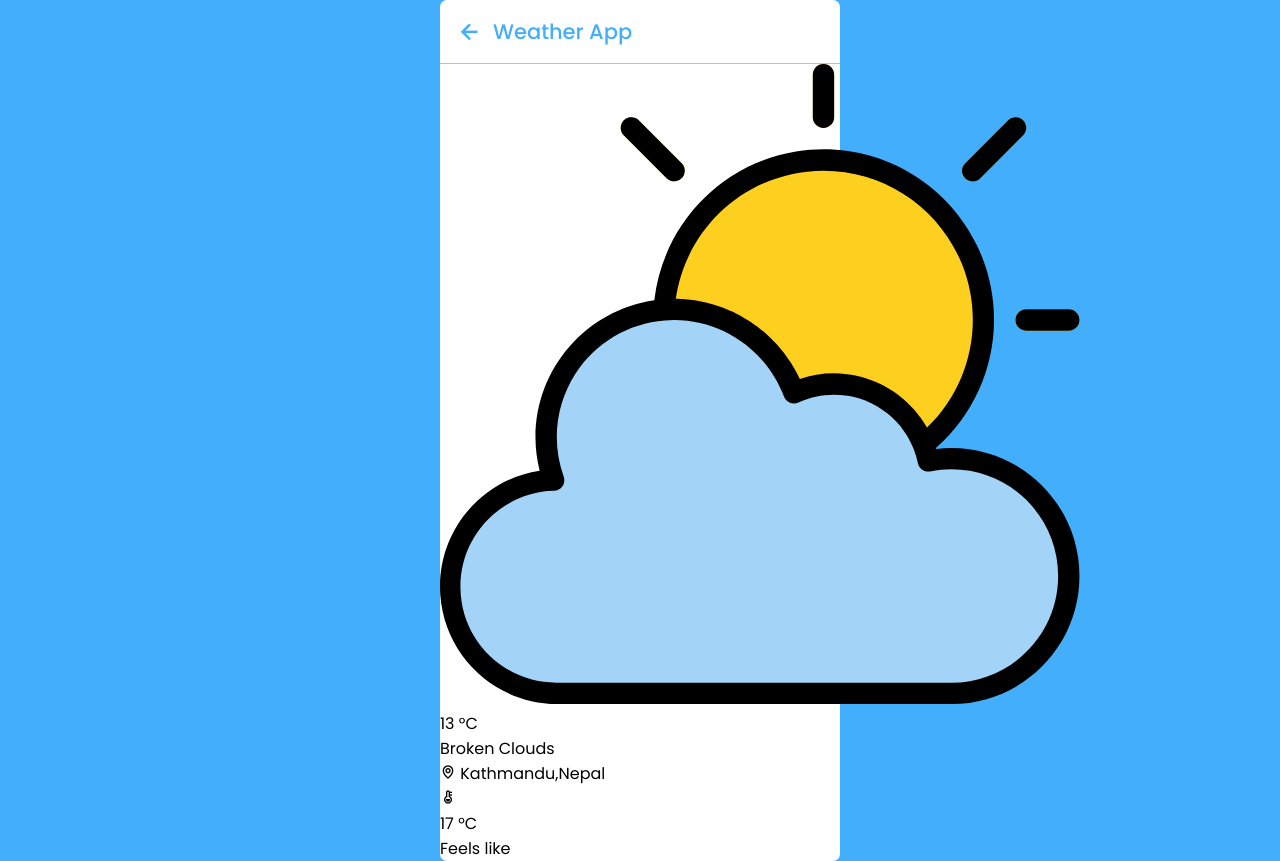
Repository: long13820/Weather-App-HTML-CSS-Javascript
Page: index.html
The author's editor kept a copy of each file at every save. The page is drawn from the files as they stood at one save, then again after a run of saves.
The browser window is 1280 px wide. The pictures show the whole page.

Above is the page before, as saved 2021-09-02 10:32:32.

### index.html
<!DOCTYPE html>
<html lang="en">
<head>
    <meta charset="UTF-8">
    <meta http-equiv="X-UA-Compatible" content="IE=edge">
    <meta name="viewport" content="width=device-width, initial-scale=1.0">
    <title>Weather App</title>
    <link rel="stylesheet" href="style.css">

    <!--Linking Boxicon For Icon-->
    <link rel="stylesheet" href='https://unpkg.com/boxicons@2.0.9/css/boxicons.min.css' >


</head>
<body>
    <div class="wrapper">
        <header>
            <i class="bx bx-left-arrow-alt"></i>
            Weather App
        </header>
        <section class="input-part">
            <p class="info-txt pending">Please enter a valid city name</p>
            <input type="text" placeholder="Enter city name" spellcheck="false" required>
            <div class="separator"></div>
            <button>Get Device Location</button>
        </section>
        <section class="weather-part">
            <img src="/Weather Icons/cloud.svg" alt="Weather Icon">
            <div class="temp">
                <span class="numb">13</span>
                <span class="deg">°</span>C
            </div>
            <div class="weather">Broken Clouds</div>
            <div class="location">
                <i class="bx bx-map"></i>
                <span>Kathmandu,Nepal</span>
            </div>
            <div class="bottom-details">
                <div class="column feels">
                    <i class="bx bxs-thermometer"></i>
                    <div class="details">
                        <div class="temp">
                            <span class="numb">17</span>
                            <span class="deg">°</span>C
                        </div>
                        <p>Feels like</p>
                    </div>
                </div>
            </div>
        </section>
    </div>
</body>
</html>

### style.css
/*Import Google Font - Poppins*/
@import url('https://fonts.googleapis.com/css2?family=Poppins:wght@400;500;600;700&display=swap');
*{
    margin: 0;
    padding: 0;
    box-sizing: border-box;
    font-family: 'Poppins', sans-serif;
}
body{
    display: flex;
    align-items: center;
    justify-content: center;
    min-height: 100vh;
    background: #43AFFC;
}
.wrapper{
    width: 400px;
    border-radius: 7px;
    background: white;
}
.wrapper header{
    color: #43AFFC;
    font-size: 21px;
    font-weight: 500;
    padding: 16px 15px;
    display: flex;
    align-items: center;
    border-bottom: 1px solid #bfbfbf;

}
header i{
    cursor: pointer;
    font-size: 30px;
    margin-right: 8px;
}
.wrapper .input-part{
    display: none;
    margin: 20px 25px 30px;
}
.input-part .info-txt{
    display: none;
    font-size: 17px;
    text-align: center;
    padding: 12px 7px;
    border-radius: 7px;
    margin-bottom: 15px;
}
.info-txt.error{
    display: block;
    color: #721c24;
    background: #f8d7da;
    border: 1px solid #f5c6cb;
}
.info-txt.pending{
    display: block;
    color: #0c5460;
    background: #d1ecf1;
    border: 1px solid #bee5eb;
}
.input-part :where(input, button){
    width: 100%;
    height: 55px;
    border: none;
    outline: none;
    font-size: 18px;
    border-radius: 7px;
}
.input-part input{
    text-align: center;
    border: 1px solid #bfbfbf;
}
.input-part input:is(:focus,:valid){

}
.input-part .separator{
    height: 1px;
    width: 100%;
    margin: 25px 0px;
    background: #ccc;
    display: flex;
    align-items: center;
    justify-content: center;
}
.separator::before{
    content: "or";
    background-color: white;
    font-size: 19px;
    padding: 0px 15px;
    background: #fff;
}
.input-part button{
    color: white;
    cursor: pointer;
    background: #43AFFC;
}

After the next 2 saves:
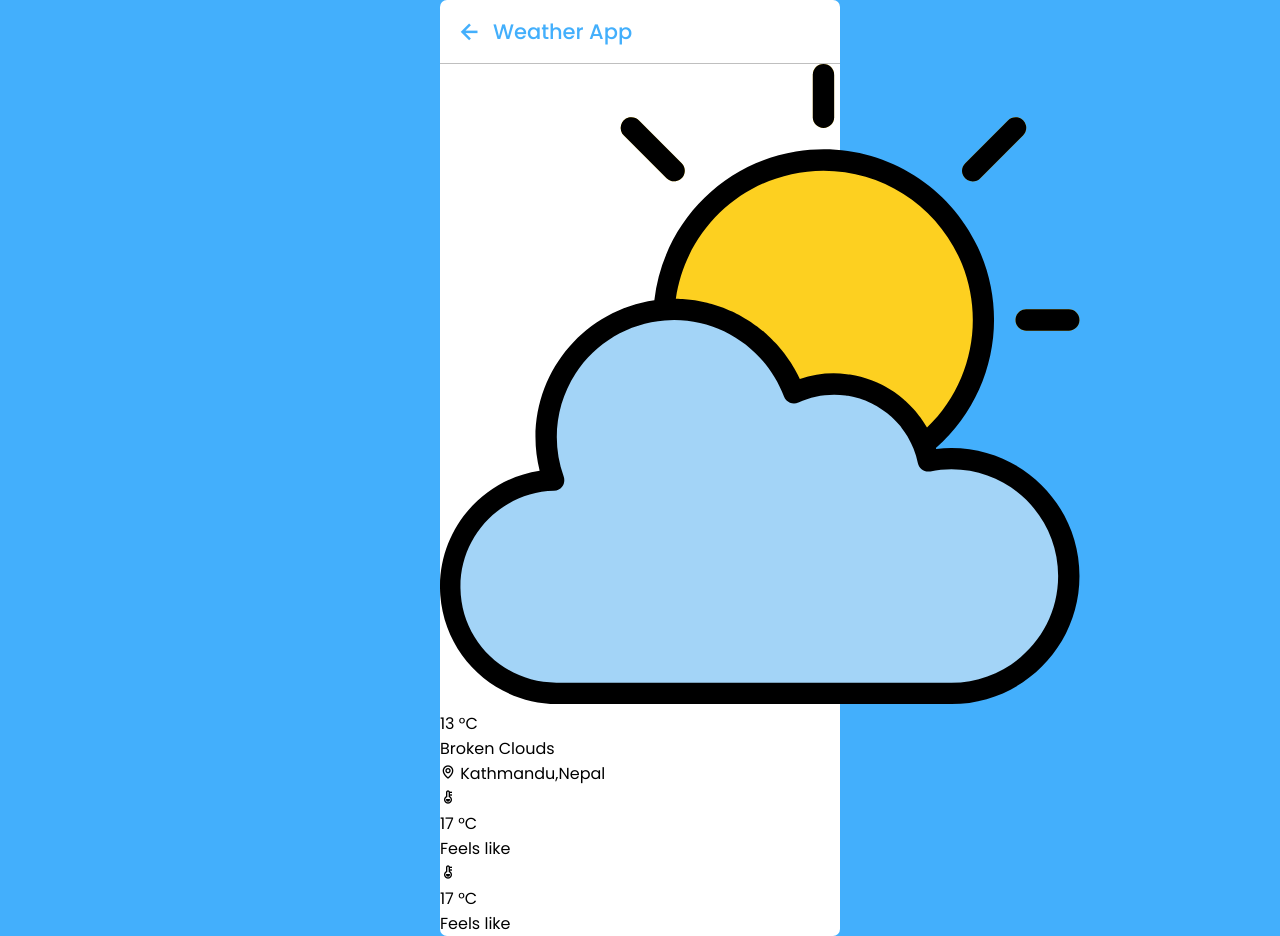
The 2 saves are shown as one change because they came seconds apart.
The last was saved 17 s later.
--- a/index.html
+++ b/index.html
@@ -46,6 +46,16 @@
                         <p>Feels like</p>
                     </div>
                 </div>
+                <div class="column feels">
+                    <i class="bx bxs-thermometer"></i>
+                    <div class="details">
+                        <div class="temp">
+                            <span class="numb">17</span>
+                            <span class="deg">°</span>C
+                        </div>
+                        <p>Feels like</p>
+                    </div>
+                </div>
             </div>
         </section>
     </div>
